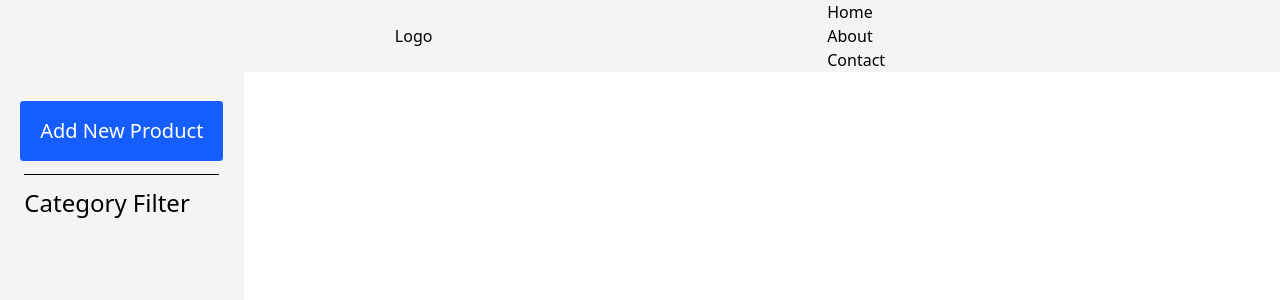
Repository: Habeebur1493/project
Page: /Home
The author's editor kept a copy of each file at every save. The page is drawn from the files as they stood at one save, then again after the next save.
The browser window is 1280 px wide. The pictures show the whole page.
The page's requests for data from a server got no answer. The project was rebuilt for these pictures with package versions that can differ from the ones it lists, and the page was loaded fresh each time. No one was signed in, and anything a server would have sent is missing. Also part of the build but not shown: vite.config.js, src/Components/Login.jsx, src/Components/Loading.jsx, src/Components/Details.jsx.

Above is the page before, as saved 2025-01-31 19:22:17.

After the next save:
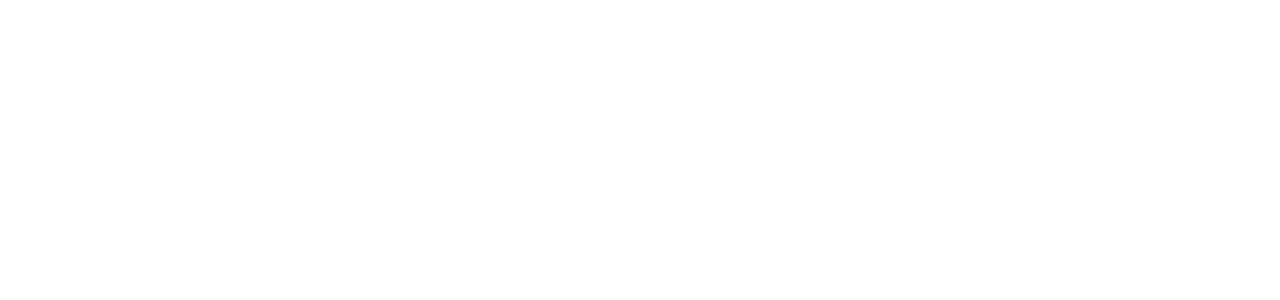
Console error: ReferenceError: useState is not defined
Saved 107 s later.
--- a/src/Components/Home.jsx
+++ b/src/Components/Home.jsx
@@ -10,14 +10,14 @@
   const { search } = useLocation();
   const category = decodeURIComponent(search.split("=")[1]);
 
-  let filteredProducts = products && products;
+  const [filteredProducts, setfilteredProducts] = useState(products);
 
   const getproductscategory = async () => {
     try {
       const { data } = await axios.get(`https://fakestoreapi.com/products/category/${category}`);
      console.log(data)
     } catch (error) {
-      console.log("Error Fetching products", error);
+      console.log(error);
     }
   };
   useEffect(() => {

After the 4 saves that followed:
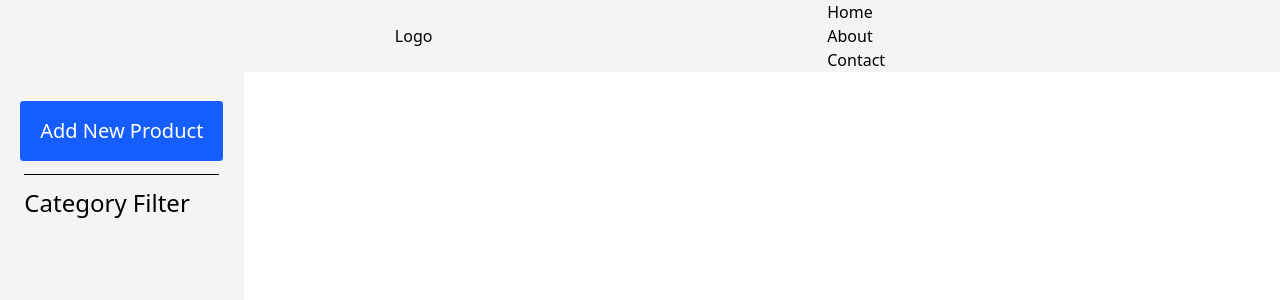
The error is gone.
The 4 saves are shown as one change because 3 left the picture as it was.
The last was saved 2 min 8 s later.
--- a/src/Components/Home.jsx
+++ b/src/Components/Home.jsx
@@ -1,4 +1,4 @@
-import React, { useContext, useEffect } from "react";
+import React, { useContext, useEffect, useState } from "react";
 import { Link, useLocation } from "react-router-dom";
 import Nav from "./Nav";
 import { ProductContext } from "./utils/Context";
@@ -14,8 +14,10 @@
 
   const getproductscategory = async () => {
     try {
-      const { data } = await axios.get(`https://fakestoreapi.com/products/category/${category}`);
-     console.log(data)
+      const { data } = await axios.get(
+        `https://fakestoreapi.com/products/category/${category}`
+      );
+      setfilteredProducts(data);
     } catch (error) {
       console.log(error);
     }
@@ -24,8 +26,7 @@
     if (category.length > 0) getproductscategory();
   }, [category]);
 
-console.log(filteredProducts)
-
+  console.log(filteredProducts);
 
   if (!products) {
     return <Loading />;
@@ -36,20 +37,21 @@
     <>
       <Nav />
       <div className="w-[85%] px-3 py-25 flex flex-wrap overflow-x-hidden overflow-y-auto">
-        {products.map((p) => (
-          <Link
-            key={p.id}
-            to={`/details/${p.id}`}
-            className="mr-3 mb-3 card p-3 border shadow rounded w-[18%] h-[30vh] flex-col flex
+        {filteredProducts &&
+          filteredProducts.map((p) => (
+            <Link
+              key={p.id}
+              to={`/details/${p.id}`}
+              className="mr-3 mb-3 card p-3 border shadow rounded w-[18%] h-[30vh] flex-col flex
          justify-center items-center"
-          >
-            <div
-              className="hover:scale-110 mb-3 w-full h-[80%] bg-contain bg-no-repeat bg-center"
-              style={{ backgroundImage: `url(${p.image})` }}
-            ></div>
-            <h1 className="hover:text-blue-300">{p.title}</h1>
-          </Link>
-        ))}
+            >
+              <div
+                className="hover:scale-110 mb-3 w-full h-[80%] bg-contain bg-no-repeat bg-center"
+                style={{ backgroundImage: `url(${p.image})` }}
+              ></div>
+              <h1 className="hover:text-blue-300">{p.title}</h1>
+            </Link>
+          ))}
       </div>
     </>
   );
